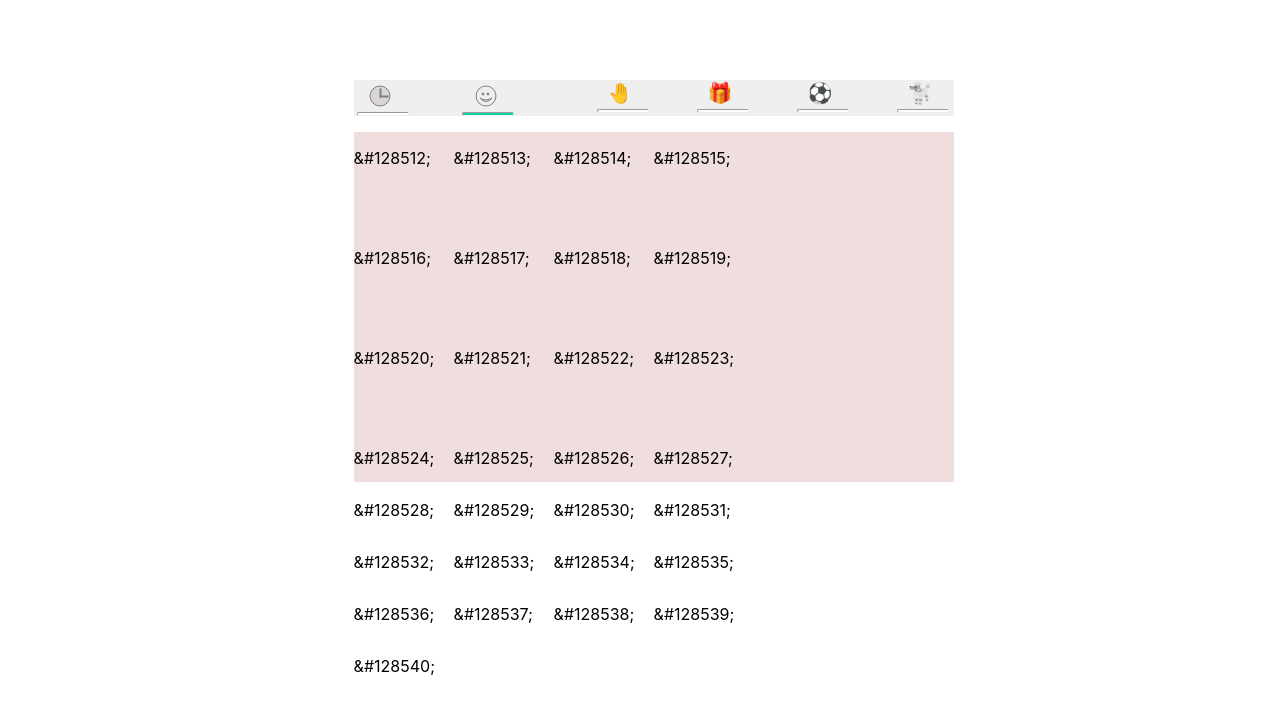
Repository: Gaj123-coder/emoji-search-app
Page: /
The author's editor kept a copy of each file at every save. The page is drawn from the files as they stood at one save, then again after the next save.
The browser window is 1280 px wide. The pictures show the whole page.
The project was rebuilt for these pictures with package versions that can differ from the ones it lists, and the page was loaded fresh each time.

Above is the page before, as saved 2021-10-31 12:30:56.

After the next save:
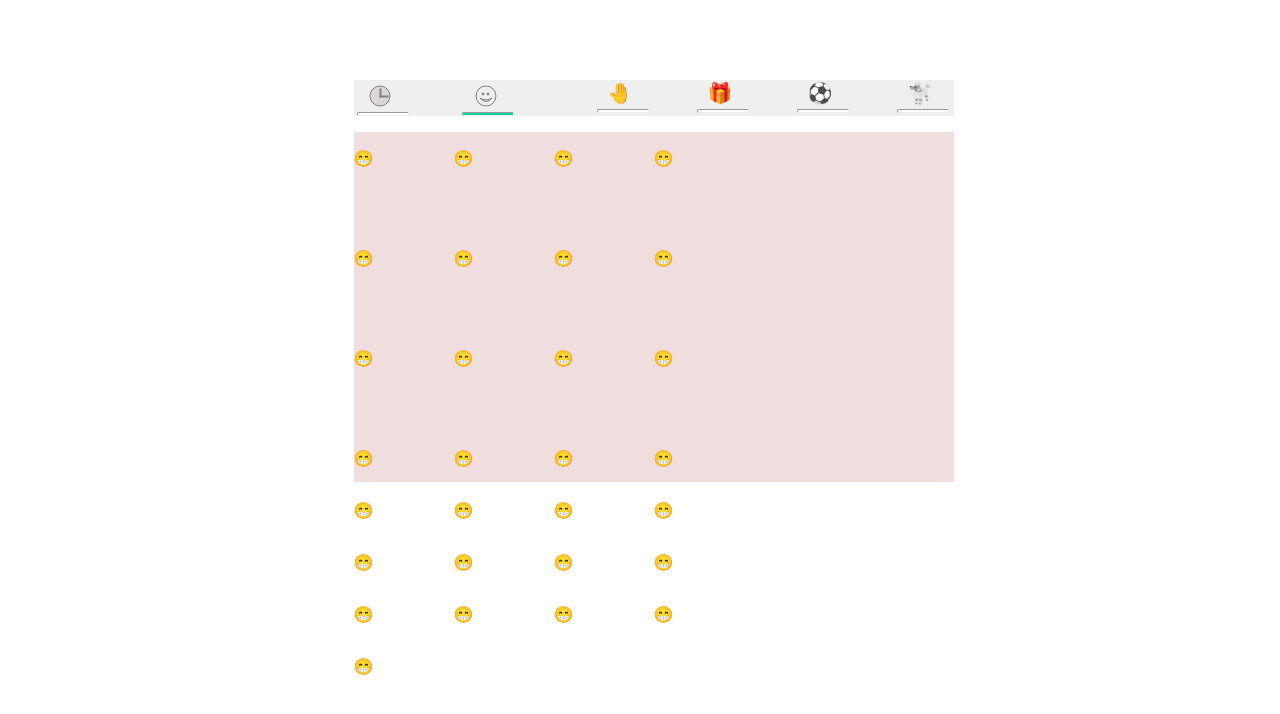
Saved 15 s later.
--- a/src/Components/Result/result.js
+++ b/src/Components/Result/result.js
@@ -13,7 +13,7 @@ const Res=(props)=>{
     return (
         <div className={Em["emoji"]}>
             {data.map((val)=>{return <div>
-                    <p>&#{val};</p>
+                    <p>&#128513;</p>
                 </div>
                 console.log(val);
             })}
